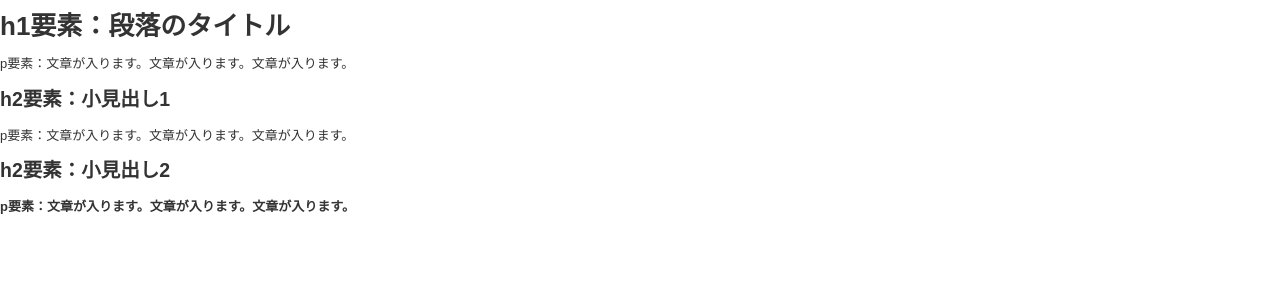
Repository: otanaoyuki/samurai_HTML-CSS
Page: index.html
The author's editor kept a record of every edit. The page is drawn from the files as they stood at one moment, then again after the next edit.
The browser window is 1280 px wide. The pictures show the whole page.

Above is the page before.

After the next edit:
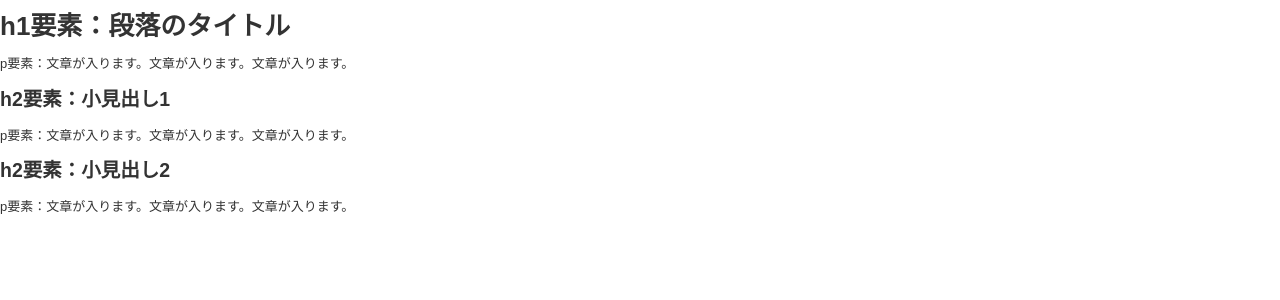
The edit:
--- a/index.html
+++ b/index.html
@@ -13,7 +13,7 @@
             p要素：文章が入ります。文章が入ります。文章が入ります。
         </p>
         <h2 id="red">h2要素：小見出し2</h2>
-        <p style="font-weight: bold;">
+        <p class="fw-bold">
             p要素：文章が入ります。文章が入ります。文章が入ります。
         </p>
     </body>
